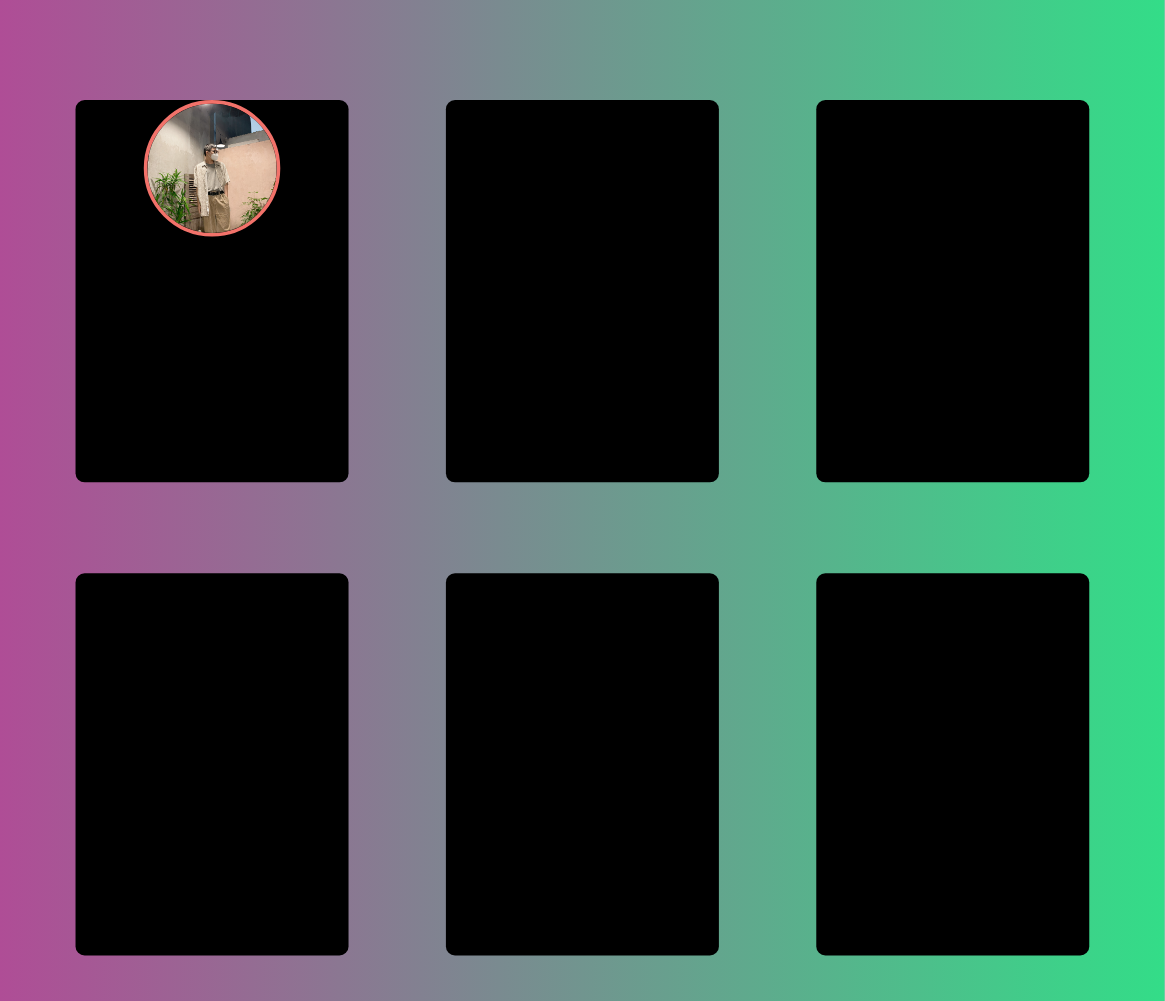
Repository: lausamtuong/profileCard
Page: index.html
An editor plug-in stored every save of this project. The page is shown before and after the next save, followed by the edit.
The browser window is 1280 px wide. The pictures show the whole page, at 91% of full size.
The style sheet was rebuilt from its Sass, Less or Tailwind sources for each picture, by a compiler version that may differ from the author's.

Above is the page before, as saved 2021-12-14 15:21:18.

After the next save:
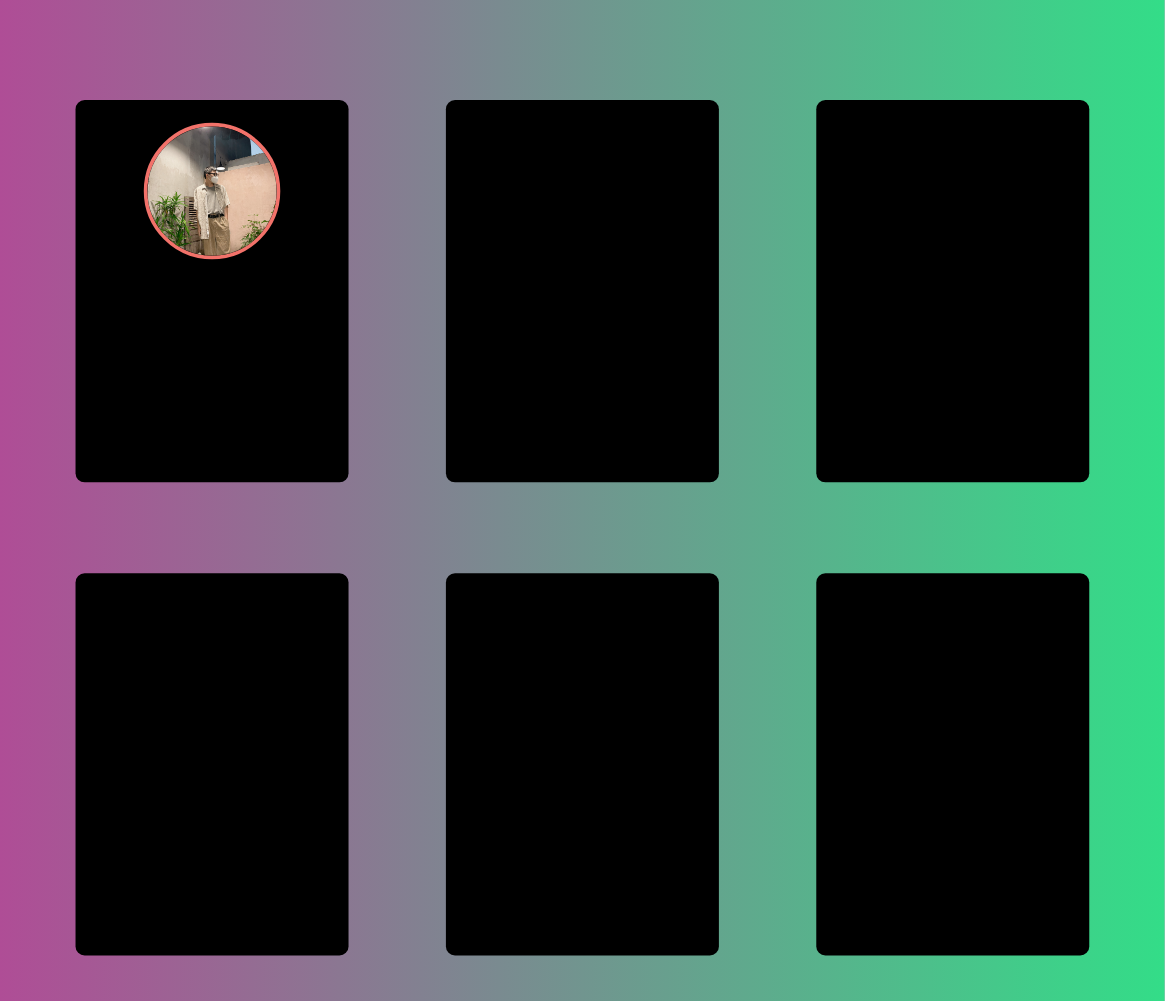
Saved 6 s later.
--- a/style.scss
+++ b/style.scss
@@ -31,7 +31,7 @@ body{
         overflow: hidden;
         transition: 0.25s;
         margin: 0 auto;
-     //@at-root   transform: translateY(25px);
+        transform: translateY(25px);
         border-radius: 50%;
         border: 4px solid var(--pink-color);
         cursor: pointer;
